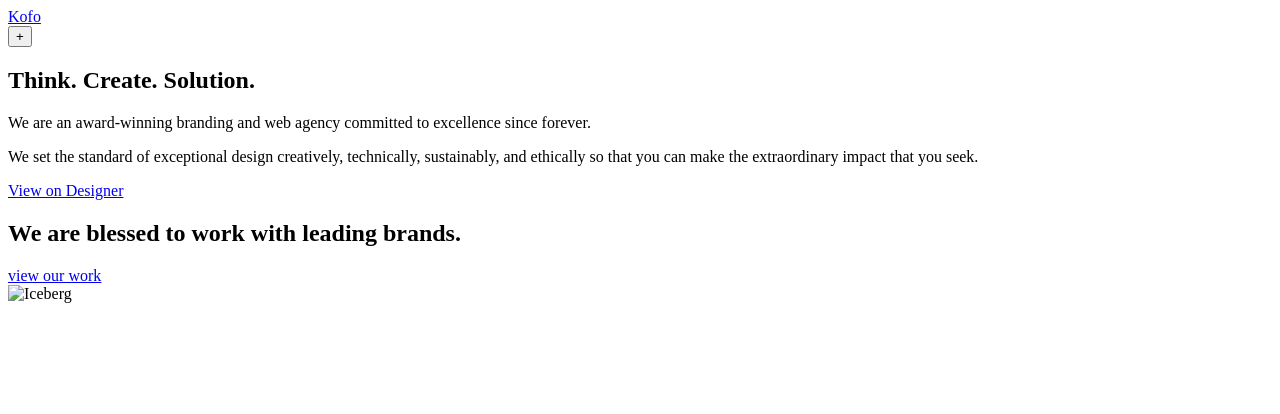
Repository: debthebuilder/kofo
Page: index.html
The author's editor kept a copy of each file at every save. The page is drawn from the files as they stood at one save, then again after the next save.
The browser window is 1280 px wide. The pictures show the whole page.

Above is the page before, as saved 2022-10-13 11:31:05.

### index.html
<!DOCTYPE html>
<html lang="en">
<head>
    <meta charset="UTF-8">
    <meta http-equiv="X-UA-Compatible" content="IE=edge">
    <meta name="viewport" content="width=device-width, initial-scale=1.0">
    <title>Kofo - Webflow Portfolio template</title>
</head>
<body>
    <!--Fixed Top Navigation Bar-->
    <nav class="fixed-navbar">
        <a href="index.html" class="logo">Kofo</a>
        <div>
            <button>+</button>
        </div>
    </nav>
    <!--Hero Section-->
    <section class="hero">
        <div class="row">
            <div class="col">
                <h1>Think. <span>Create.</span> Solution.</h1>
            </div>
            <div class="col">
                <div>
                    <p>We are an award-winning branding and web agency committed to excellence since forever.</p>
                </div>
                <div>
                    <p>We set the standard of exceptional design creatively, technically, sustainably, and ethically so that you can make the extraordinary impact that you seek.</p>
                    <div>
                        <a href="#">View on Designer</a>
                        <span>
                            <img src="#" alt="" />
                        </span>
                    </div>
                </div>
            </div>
        </div>
    </section>
    <!--Partner Brands-->
    <section>
        <div>
            <h2>We are blessed to work with leading brands.</h2>
            <a href="#">view our work</a>
        </div>
        <div>
            <div class="partner-logo">
                <img src="#" alt="Iceberg" />
            </div>
        </div>
    </section>
    <!--What we do-->
    <!--Portfolio-->
    <!--Services-->
    <!--Testimonial-->
    <!--Fun Facts-->
    <!--Latest Blog Posts-->
    <!--Newsletter-->
    <!--Footer-->
</body>
</html>

After the next save:
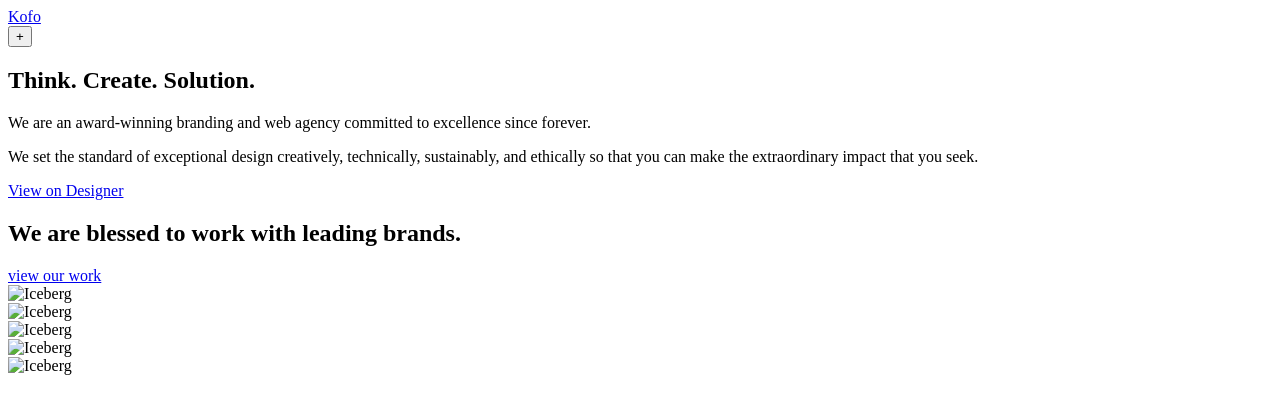
Saved 12 s later.
--- a/index.html
+++ b/index.html
@@ -46,6 +46,18 @@
             <div class="partner-logo">
                 <img src="#" alt="Iceberg" />
             </div>
+            <div class="partner-logo">
+                <img src="#" alt="Iceberg" />
+            </div>
+            <div class="partner-logo">
+                <img src="#" alt="Iceberg" />
+            </div>
+            <div class="partner-logo">
+                <img src="#" alt="Iceberg" />
+            </div>
+            <div class="partner-logo">
+                <img src="#" alt="Iceberg" />
+            </div>
         </div>
     </section>
     <!--What we do-->
